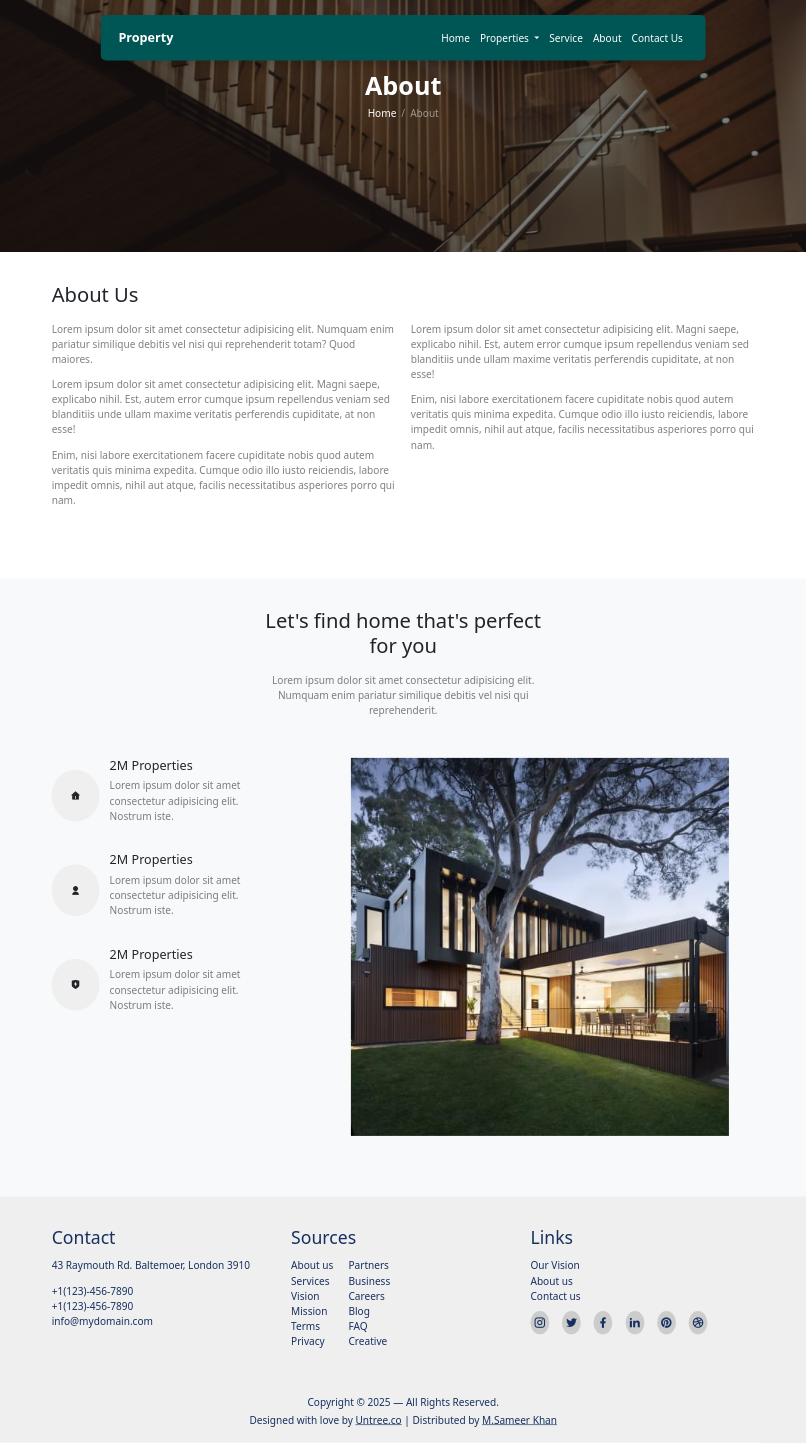
Repository: sameerrrrkhan911-git/Property
Page: about.html
The author's editor kept a copy of each file at every save. The page is drawn from the files as they stood at one save, then again after the next save.
The browser window is 1280 px wide. The pictures show the whole page, at 63% of full size.
Some web libraries are served in a nearby version.

Above is the page before, as saved 2025-09-28 18:31:53.
Console error: TypeError: Cannot read properties of undefined (reading 'length')

After the next save:
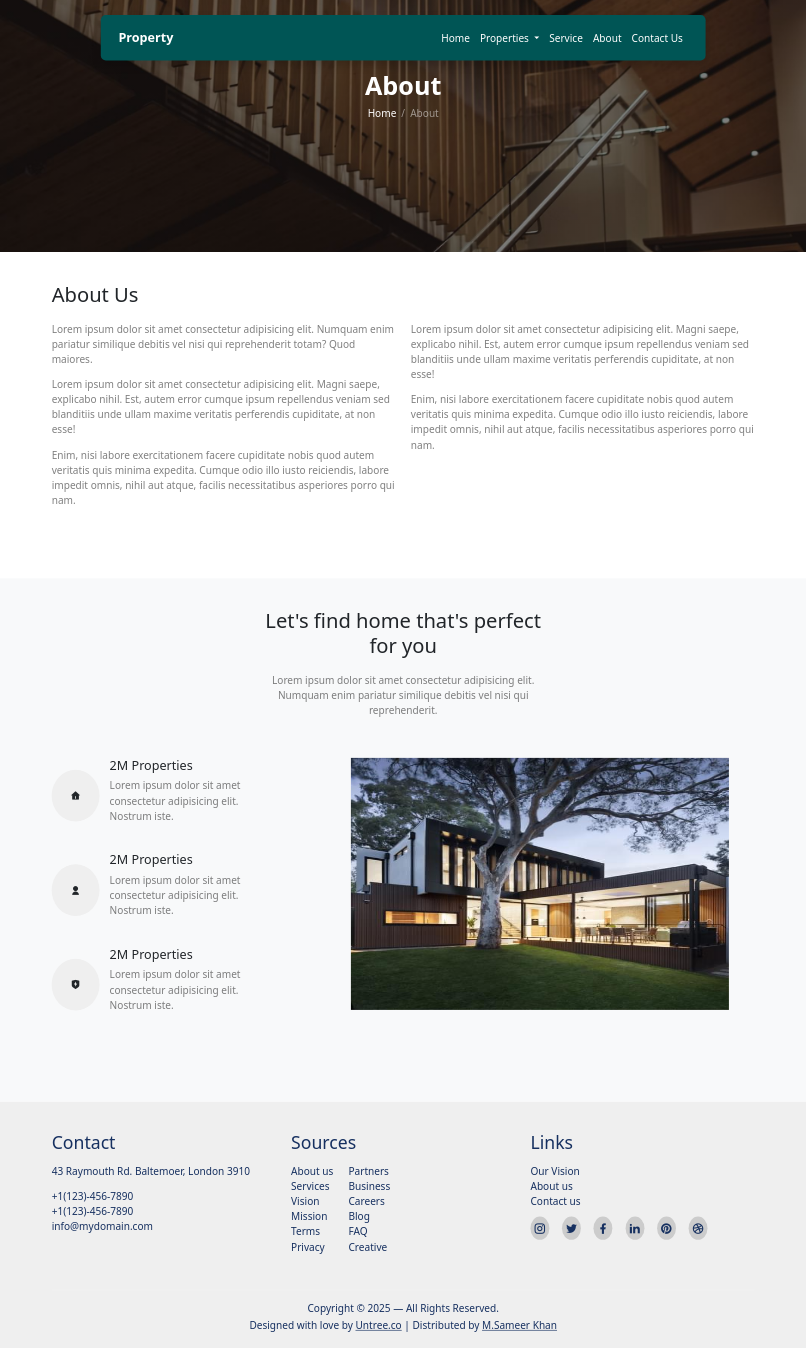
Saved 6 s later.
--- a/about.html
+++ b/about.html
@@ -155,7 +155,7 @@
 
             <div class="col-lg-7 mb-5 mb-lg-0 order-lg-2">
               <div class="img-about dots">
-                <img src="./assets/images/img_2.jpg" alt="Image" class="" width="600px" height="600px">
+                <img src="./assets/images/img_2.jpg" alt="Image" class="" width="600px" height="400px">
               </div>
             </div>
             <div class="col-lg-4">
